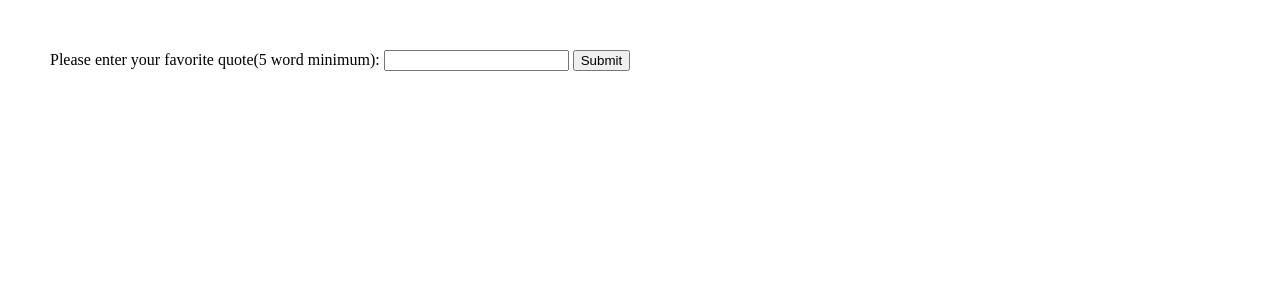
Repository: lilliebee/COSW30
Page: homework/homework4/quote.html
The author's editor kept a record of every edit. The page is drawn from the files as they stood at one moment, then again after the next edit.
The browser window is 1280 px wide. The pictures show the whole page.

Above is the page before.

After the next edit:
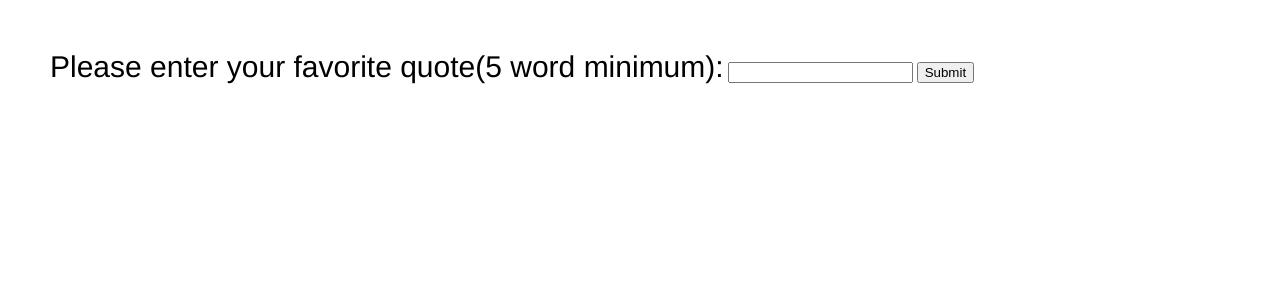
The edit:
--- a/homework/homework4/quote.html
+++ b/homework/homework4/quote.html
@@ -3,6 +3,11 @@
         <style type="text/css">
             body {
                 margin:50px;
+            }
+            label {
+                font-size:30px;
+                text-align:center;
+                font-family: Helvetica;
             }
         </style>
     </head>
